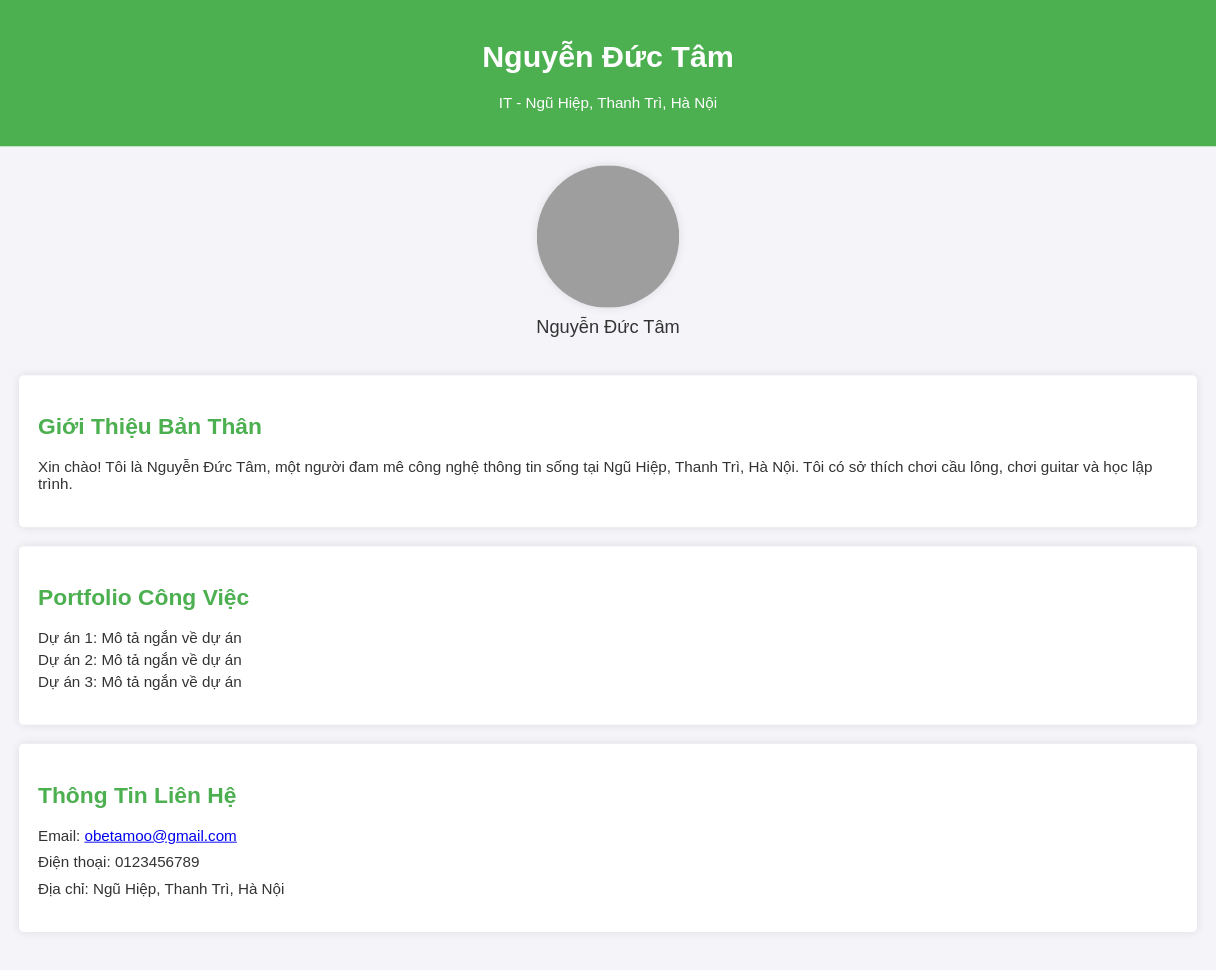
Repository: obetamoo/Introduce
Page: index.html
The author's editor kept a copy of each file at every save. The page is drawn from the files as they stood at one save, then again after a run of saves.
The browser window is 1280 px wide. The pictures show the whole page, at 95% of full size.
Pictures or frames that could not be fetched are drawn as grey boxes.

Above is the page before, as saved 2024-07-15 10:14:44.

### index.html
<!DOCTYPE html>
<html lang="vi">
<head>
    <meta charset="UTF-8">
    <meta name="viewport" content="width=device-width, initial-scale=1.0">
    <title>Nguyễn Đức Tâm - IT</title>
    <style>
        body {
            font-family: Arial, sans-serif;
            margin: 0;
            padding: 0;
            background-color: #f4f4f9;
            color: #333;
        }
        header {
            background-color: #4CAF50;
            color: white;
            padding: 20px;
            text-align: center;
        }
        .container {
            padding: 20px;
        }
        .profile, .portfolio, .contact {
            margin-bottom: 20px;
            padding: 20px;
            background-color: white;
            border-radius: 5px;
            box-shadow: 0 0 10px rgba(0,0,0,0.1);
        }
        h2 {
            color: #4CAF50;
        }
        ul {
            list-style-type: none;
            padding: 0;
        }
        ul li {
            margin: 5px 0;
        }
        .contact ul li {
            margin: 10px 0;
        }
        .avatar {
            display: flex;
            align-items: center;
            flex-direction: column;
            margin-bottom: 20px;
        }
        .avatar img {
            border-radius: 50%;
            width: 150px;
            height: 150px;
            object-fit: cover;
            box-shadow: 0 0 10px rgba(0,0,0,0.1);
        }
        .avatar p {
            margin-top: 10px;
            font-size: 1.2em;
            color: #333;
        }
    </style>
</head>
<body>
    <header>
        <h1>Nguyễn Đức Tâm</h1>
        <p>IT - Ngũ Hiệp, Thanh Trì, Hà Nội</p>
    </header>
    <div class="container">
        <div class="avatar">
            <img src="path/to/your-avatar.jpg" alt="Nguyễn Đức Tâm">
            <p>Nguyễn Đức Tâm</p>
        </div>
        <section class="profile">
            <h2>Giới Thiệu Bản Thân</h2>
            <p>Xin chào! Tôi là Nguyễn Đức Tâm, một người đam mê công nghệ thông tin sống tại Ngũ Hiệp, Thanh Trì, Hà Nội. Tôi có sở thích chơi cầu lông, chơi guitar và học lập trình.</p>
        </section>
        <section class="portfolio">
            <h2>Portfolio Công Việc</h2>
            <ul>
                <li>Dự án 1: Mô tả ngắn về dự án</li>
                <li>Dự án 2: Mô tả ngắn về dự án</li>
                <li>Dự án 3: Mô tả ngắn về dự án</li>
                <!-- Bạn có thể thêm nhiều dự án hơn -->
            </ul>
        </section>
        <section class="contact">
            <h2>Thông Tin Liên Hệ</h2>
            <ul>
                <li>Email: <a href="mailto:obetamoo@gmail.com">obetamoo@gmail.com</a></li>
                <li>Điện thoại: 0123456789</li>
                <li>Địa chỉ: Ngũ Hiệp, Thanh Trì, Hà Nội</li>
            </ul>
        </section>
    </div>
</body>
</html>

After the next 8 saves:
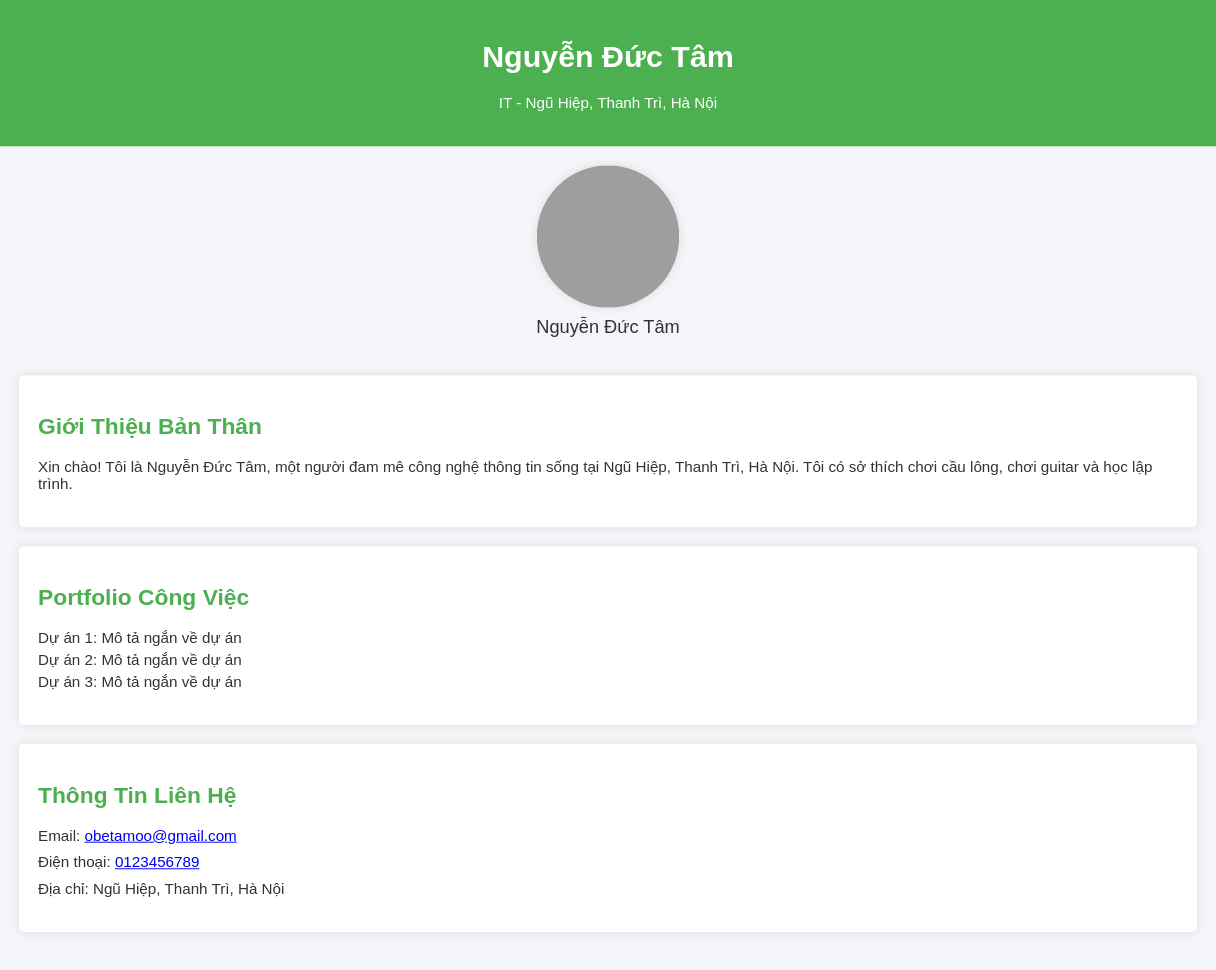
The 8 saves are shown as one change because they came seconds apart.
The last was saved 12 s later.
--- a/index.html
+++ b/index.html
@@ -88,7 +88,7 @@
             <h2>Thông Tin Liên Hệ</h2>
             <ul>
                 <li>Email: <a href="mailto:obetamoo@gmail.com">obetamoo@gmail.com</a></li>
-                <li>Điện thoại: 0123456789</li>
+                <li>Điện thoại: <a href="tel:0972033595">0123456789</a></li>
                 <li>Địa chỉ: Ngũ Hiệp, Thanh Trì, Hà Nội</li>
             </ul>
         </section>
